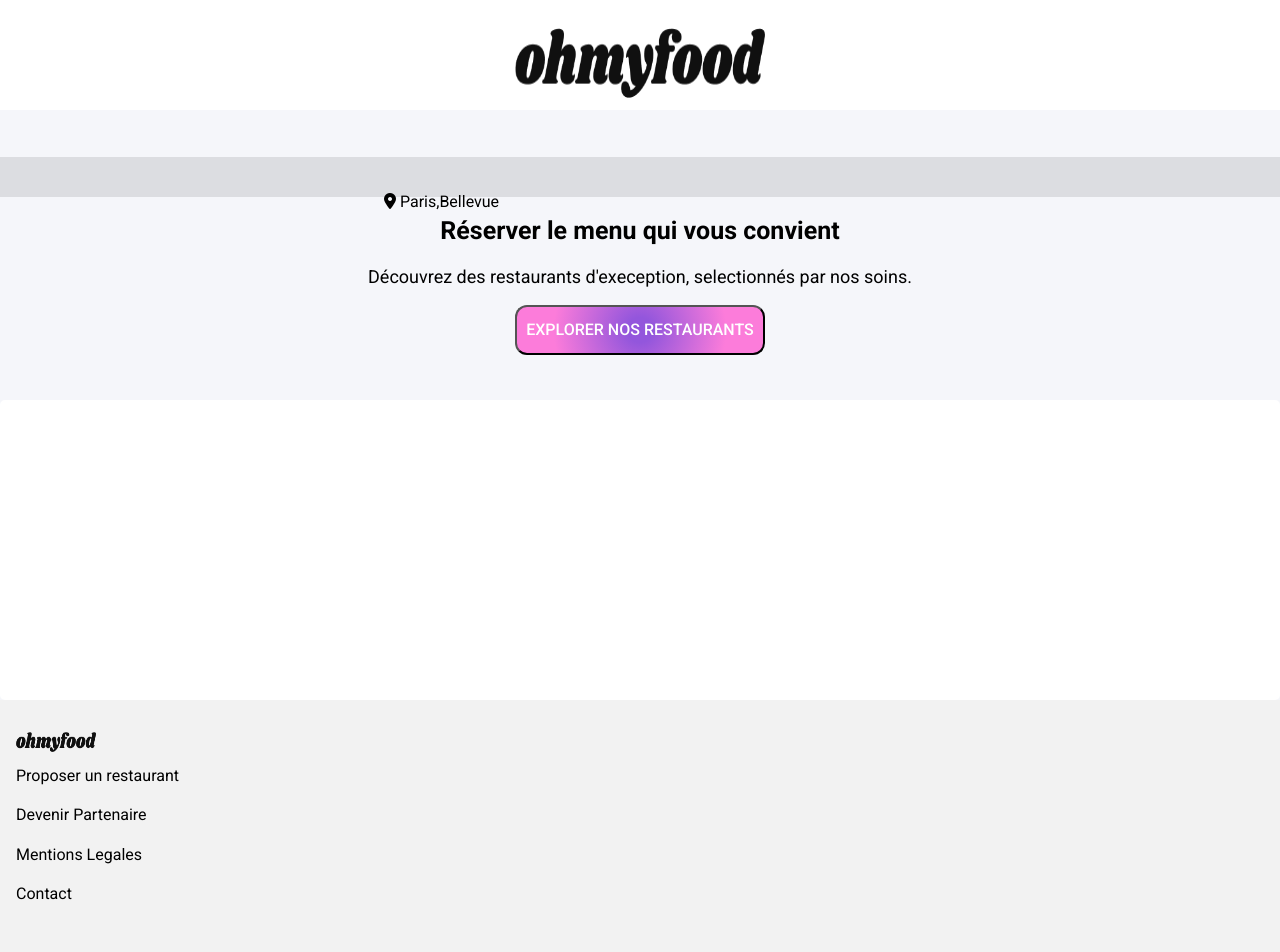
Repository: ultraasedev/ohmyfood
Page: index.html
These files come from the project's save history. The page is drawn as it stood at one moment and after the next save; the edit follows.
The browser window is 1280 px wide. The pictures show the whole page.
Some web fonts or font styles are not loaded; a fallback is used. Some web libraries are served in a nearby version.

Above is the page before, as saved 2022-10-27 16:37:00.

### index.html
<!doctype html>
<html lang="fr">
    <head>
        <meta charset="UTF-8">
        <meta name="viewport" content="width=device-width,minimum-scale=1,initial-scale=1,maximum-scale=2">

      <title>Ohmyfood!  - Home</title>
       <meta name="description" content="Ohmyfood! est une entreprise de commande de repas en ligne. Notre concept permet aux
       utilisateurs de composer leur propre menu et réduire leur temps d’attente dans les
       restaurants car leur menu est préparé à l’avance. Plus de perte de temps à consulter la carte"/>
       <meta property="og:site_name" content="Ohmyfood!  - est une entreprise de commande de repas en ligne. Notre concept permet aux
       utilisateurs de composer leur propre menu et réduire leur temps d’attente dans les
       restaurants car leur menu est préparé à l’avance. Plus de perte de temps à consulter la carte" />
       <meta property="og:description" content="est une entreprise de commande de repas en ligne. Notre concept permet aux
       utilisateurs de composer leur propre menu et réduire leur temps d’attente dans les
       restaurants car leur menu est préparé à l’avance. Plus de perte de temps à consulter la carte" />




       <link type="text/css" rel="stylesheet" href="css/normalize.css"/>
       <link type="text/css" rel="stylesheet" href="css/all.min.css"/>
       <link type="text/css" rel="stylesheet" href="css/fontawesome.min.css"/>
       <link rel="preconnect" href="https://fonts.googleapis.com">
        <link rel="preconnect" href="https://fonts.gstatic.com" crossorigin>
       <link href="https://fonts.googleapis.com/css2?family=Roboto:ital,wght@0,100;0,300;0,400;0,500;0,700;0,900;1,100;1,300;1,400;1,500;1,700;1,900&family=Shrikhand&display=swap" rel="stylesheet">
       <script   src="https://kit.fontawesome.com/f132f25ed3.js" crossorigin="anonymous"></script>

       <link type="text/css" rel="stylesheet" href="css/style.css" />



       </head>

       <body>
<!--Nav + Logo-->
   <div class="nav">
    <div class="logo">
      <img src="images/logo/ohmyfood.png" alt="Ohmyfood !" class="logo"/>
    </div>
   </div>


<!--Header-->
<header>
  <!--Location-->
 <div class="location">
  <div class="villeloca"><p><i class="fa-sharp fa-solid fa-location-dot"></i> Paris,Bellevue</p></div>
</div>

  <div class="head-cont">
    <h2>Réserver le menu qui vous convient</h2>
    <p>Découvrez des restaurants d'exeception, selectionnés par nos soins.</p>

    <button class="btn-nav">
      Explorer nos restaurants
    </button>
  </div>
</header>

<!--Fonctionnement-->
<section class="cont-fonc">


</section>


<!--FOOTER-->
<footer>
  <div class="container-footer">
    <div class="card-footer">
      <img src="images/logo/ohmyfood.png" alt="Ohmyfood !" height="20px" width="80px" style="margin-bottom: 10px;"/>
      <a href="#">Proposer un restaurant</a>
      <a href="#">Devenir Partenaire</a>
      <a href="#">Mentions Legales</a>
      <a href="#">Contact</a>

    </div>

</footer>

### css/style.css
*{
    box-sizing: border-box;
    font-family: var(--fontall);
    max-width: 1380px;

}
:root{

  /*Font*/
  --fontall: 'Roboto', sans-serif;
  --fontlg: 'Shrikhand' , cursive;

  /*color*/
  --primary: #9356DC;
  --secon: #FF79DA;
  --tert: #99E2D0;

  --greybg: #f5f6fa;

}


body{
    background-color:  var(--greybg);
    font-family: var(--fontall);
}

/* Nav*/
.nav{
  display: flex;
  height: 130px;
  width: 100%;
  background-color: #fff;
  align-items: center;
  align-content: center;
  text-align: center;
  margin-bottom: 10px;
}
/*Logo*/
.logo{
  position: relative;
  align-items: center;
  align-content: center;
  text-align: center;
  margin-right: auto;
  margin-left: auto;
}
.logo img{
  height: 70px;
  width: 250px;
}
/*Header*/
header{
  position: absolute;
  height: 300px;
  width: 100%;
  background-color: #f5f6fa;
  align-items: center;
  align-content: center;
  text-align: center;
  margin-top: -30px;
}
/*Location*/
.location{
  position: flex;
  background-color: #dcdde1;
  height: 40px;
  margin-top: -8px;
  align-items: center;
  align-content: center;
  text-align: center;
}
.location .villeloca{
  position: absolute;
  align-items: center;
  align-content: center;
  text-align: center;
  left: 30%;
}

/*Head-Cont*/

.head-cont h2{
  font-size: 25px;
  font-weight: bold;

}
.head-cont p{
  font-size: 18px;
  font-weight: 400;

}
/*Btn-nav*/
.btn-nav{
  align-items: center;
  align-content: center;
  text-transform: uppercase;
  transition: 0.5s;
  background: rgb(147,86,220);
  background: radial-gradient(circle, rgba(147,86,220,1) 10%, rgba(252,124,218,1) 69%);
  z-index: -1;
  transition: transform 400ms ease-in;
  color: #fff;
  width: 250px;
  height: 50px;
  overflow: hidden;
  text-decoration: none;
  border-radius: 12px;
 font-weight: 500;

}
/*Fonctionnement*/
.cont-fonc{
  position: relative;
  background-color: #fff;
  height: 300px;
  margin-top: 270px;
  border-radius: 5px;
}



footer {
  background-color: #f2f2f2;
  padding: 32px 16px;
}
.container-footer {
  display: flex;
  max-width: 1330px;
  margin: auto;
  font-family: "Raleway", sans-serif;
  gap: 16px;
}
.card-footer {
  display: flex;
  flex-direction: column;
  min-width: 30%;
}

.card-footer a {
  margin-top: 5px;
  margin-bottom: 16px;
  text-decoration: none;
  color: inherit;
}

.card-footer a:hover {
  text-decoration: underline !important;
}

Loaded but not shown: css/normalize.css (library); css/all.min.css (library); css/fontawesome.min.css (library)

After the next save:
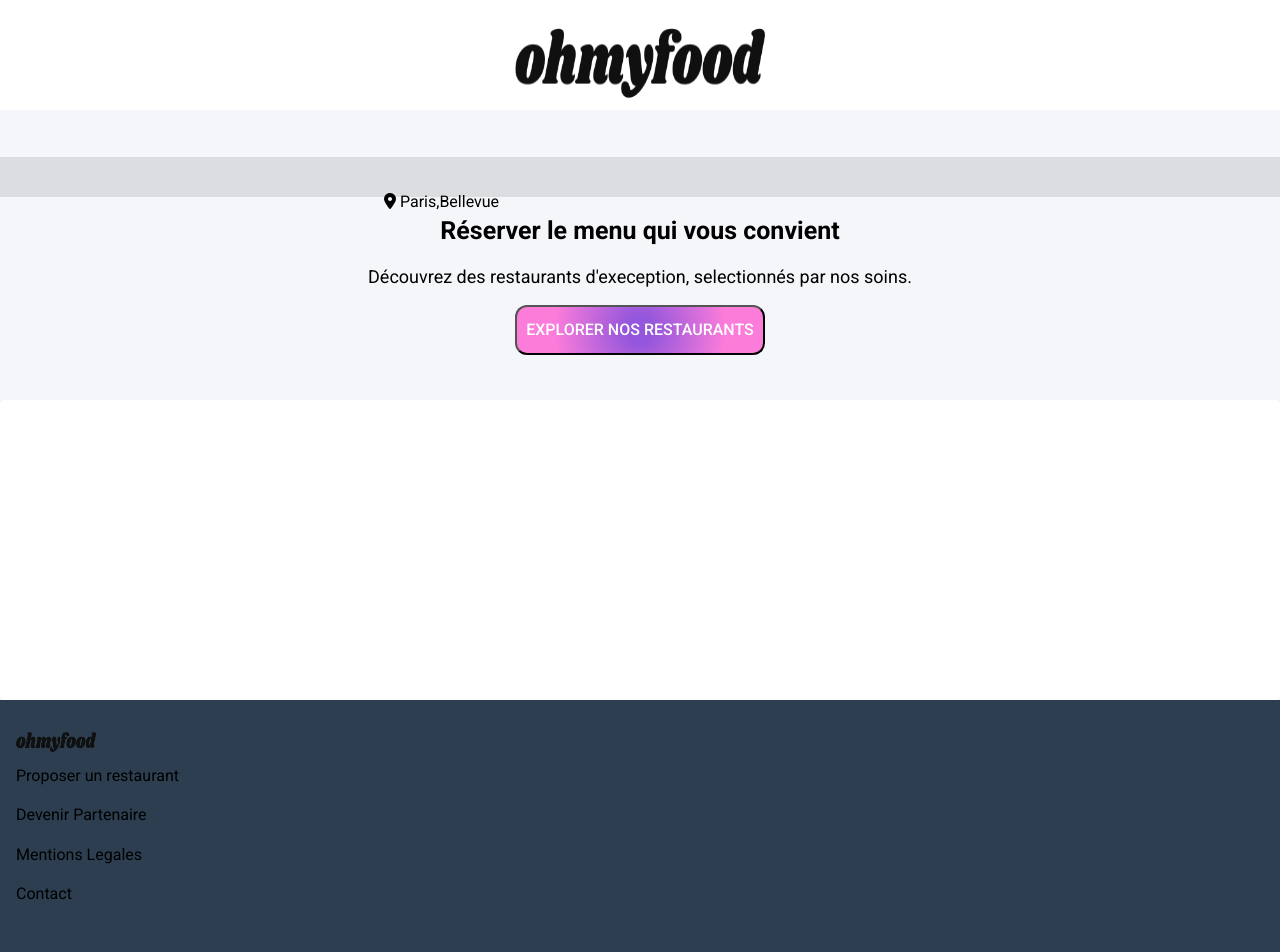
Saved 4 min 40 s later.
--- a/css/style.css
+++ b/css/style.css
@@ -121,7 +121,7 @@ header{
 
 
 footer {
-  background-color: #f2f2f2;
+  background-color: #2c3e50;
   padding: 32px 16px;
 }
 .container-footer {
